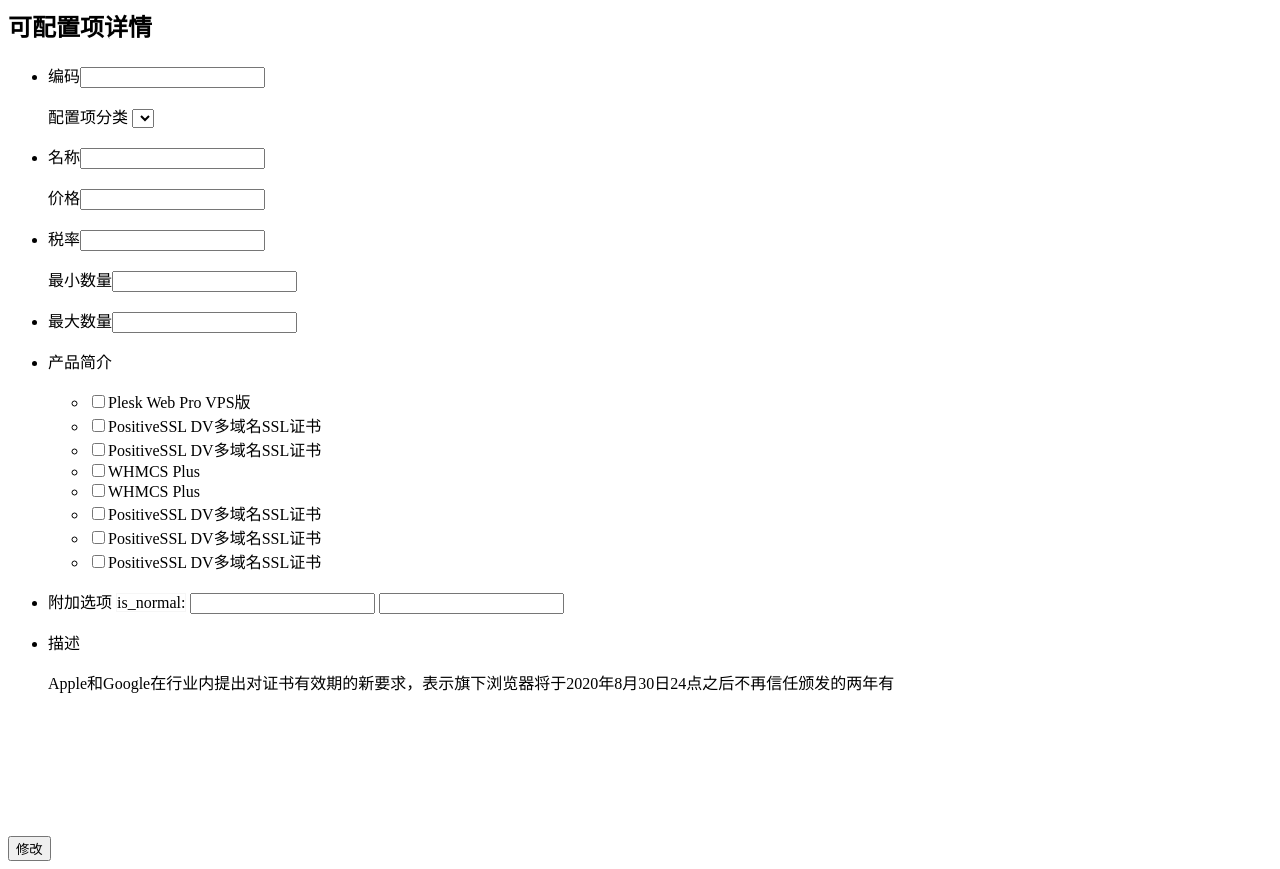
Repository: wangyan466393/racentSystem
Page: configurableDetail.html
The author's editor kept a copy of each file at every save. The page is drawn from the files as they stood at one save, then again after the next save.
The browser window is 1280 px wide. The pictures show the whole page.

Above is the page before, as saved 2020-08-12 15:51:18.

After the next save:
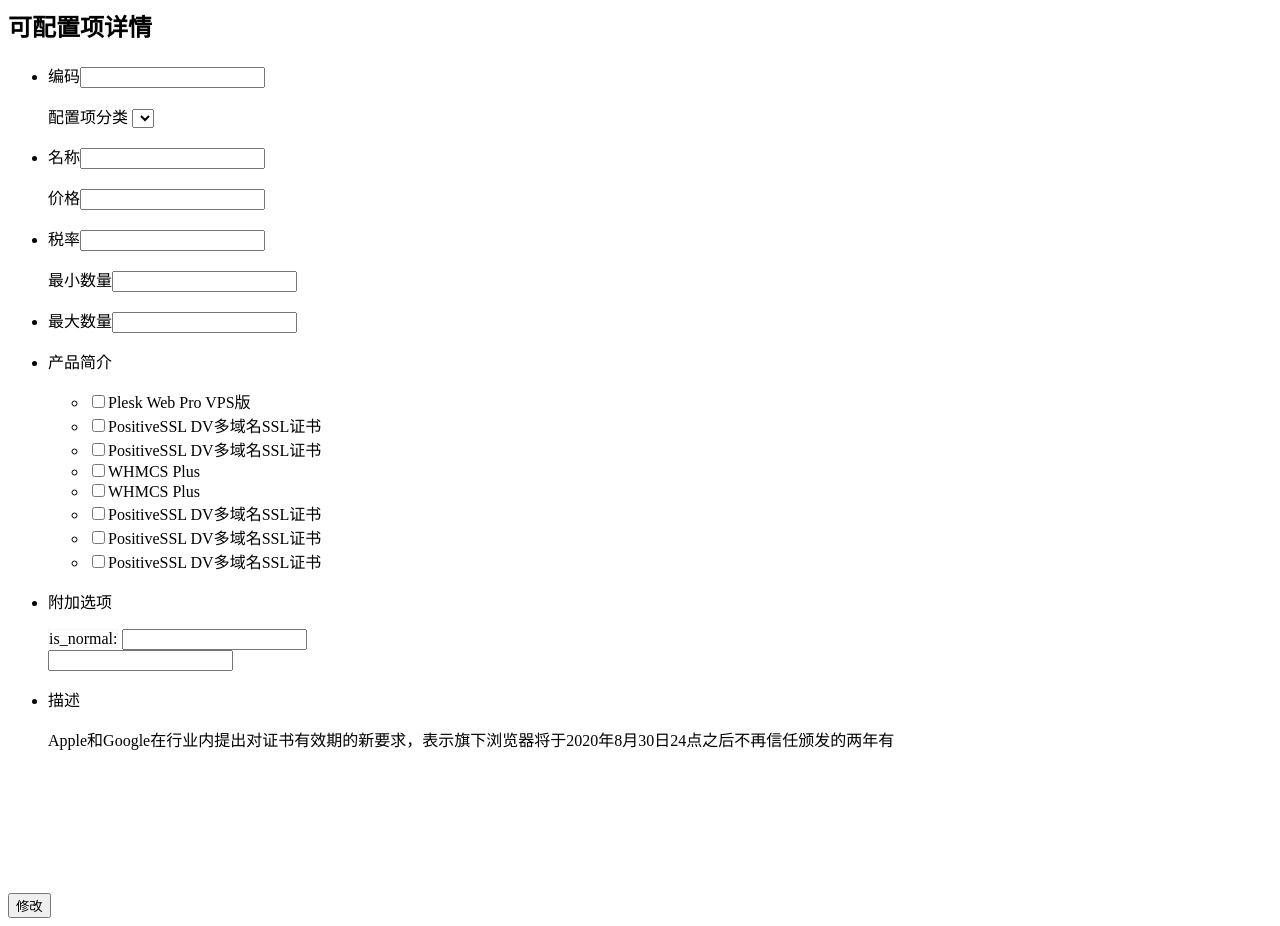
Saved 90 s later.
--- a/configurableDetail.html
+++ b/configurableDetail.html
@@ -75,10 +75,10 @@
             <li>
                 <p>
                     <span class="clearfloat">附加选项</span>
-                    <label for="" class="config_inp">
+                    <div class="config_inp">
                         <span style="border: 1px solid #f6f6f6;">is_normal:</span>
                         <input type="text" >
-                    </label>
+                    </div>
                     <input type="text" class="config_inp">
                 </p>
 
